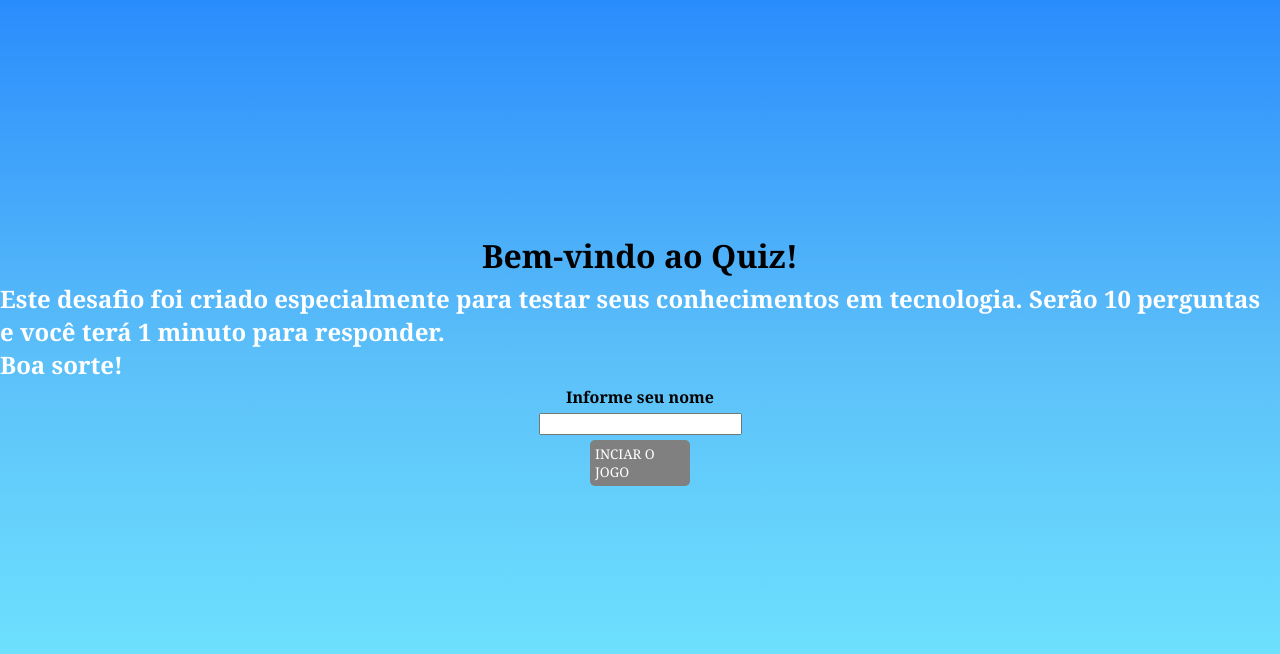
Repository: LaisSilvaO/Projeto-Quizz
Page: telas/apresentação.html
An editor plug-in stored every save of this project. The page is shown before and after the next save, followed by the edit.
The browser window is 1280 px wide. The pictures show the whole page.

Above is the page before, as saved 2024-12-24 15:00:42.

### telas/apresentação.html
<!DOCTYPE html>
<html lang="pt-br">
<head>
    <meta charset="UTF-8">
    <meta name="viewport" content="width=device-width, initial-scale=1.0">
    <title>Quiz</title>
    <link rel="stylesheet" href="../img/tela.css">
</head>
<body>
    <H1> Bem-vindo ao Quiz!</H1>

<h2>Este desafio foi criado especialmente para testar seus conhecimentos em tecnologia.
    Serão 10 perguntas e você terá 1 minuto para responder.
    <P> Boa sorte!</P></h2>
<h4>Informe seu nome  </h4>
<input type="text" id="nome" >
<A href="index.html"><h4><button>INCIAR O JOGO</button></h4></A>


</body>
</html>

### img/tela.css
* {
  margin: 0;
  padding: 0;
  box-sizing: border-box;
  font-family: Cambria, Cochin, Georgia, Times, 'Times New Roman', serif;
}

body {
  height: 100vh;
  display: flex;
  justify-content: center;
  flex-direction: column;
  flex-wrap: wrap;
  align-items: center;
  gap: 5px;
  background: linear-gradient(180deg, rgba(19, 128, 252, 0.9) 0%, rgba(80, 187, 248, 0.932), rgba(103, 230, 255, 0.932) 100%);
}

body h2 {
  color: white;
}

main {
  background-color: white;
  padding: 10px;
  border-radius: 10px;
  width: 100%;
  max-width: 600px;
  min-height: 400px;
  display:flex;
  align-items: center;
  justify-content: center;
}

.content {
  display: flex;
  flex-direction: column;
  width: 100px;
  gap: 10px;
}

.qtddquestao {
  text-align: end;
}

.resposta {
  display: flex;
  flex-direction: column;
  gap: 5px;
}

button {
  width: 100px;
  text-align: start;
  padding: 5px;
  border: none;
  border-radius: 5px;
  cursor: pointer;
  background-color: grey;
  color: white;
}

.final {
  display: none;
  flex-direction: column;
  gap: 10px;
}

After the next save:
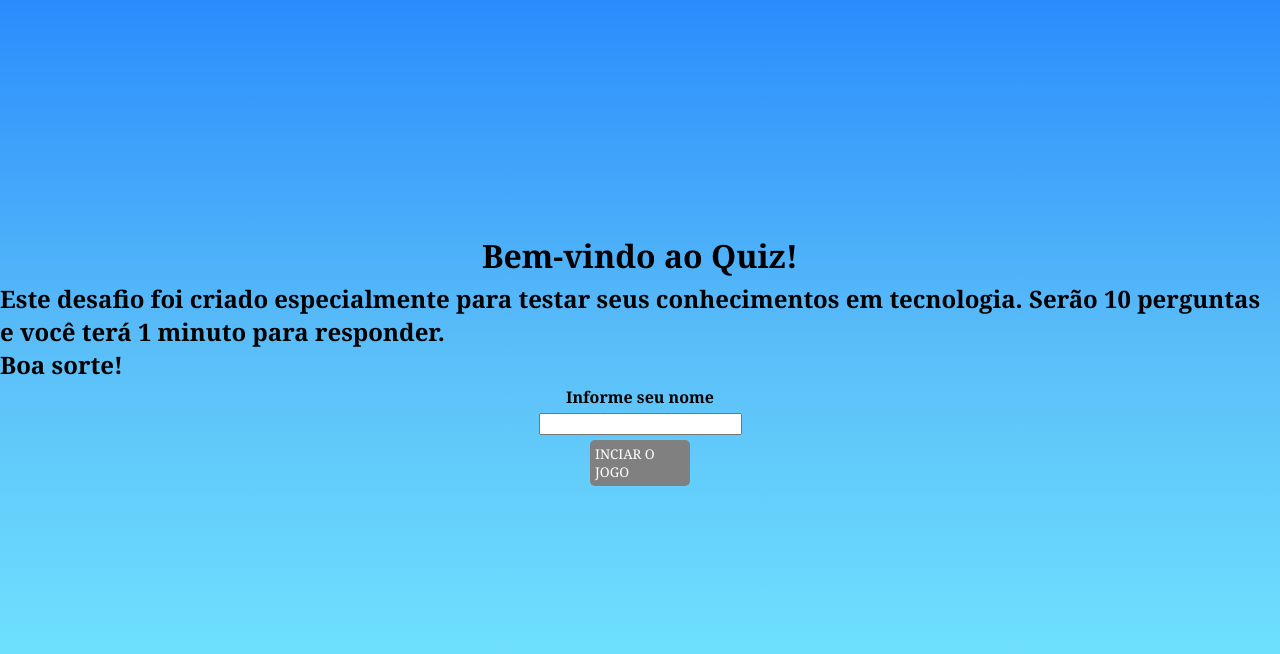
Saved 30 s later.
--- a/img/tela.css
+++ b/img/tela.css
@@ -14,10 +14,6 @@ body {
   align-items: center;
   gap: 5px;
   background: linear-gradient(180deg, rgba(19, 128, 252, 0.9) 0%, rgba(80, 187, 248, 0.932), rgba(103, 230, 255, 0.932) 100%);
-}
-
-body h2 {
-  color: white;
 }
 
 main {
